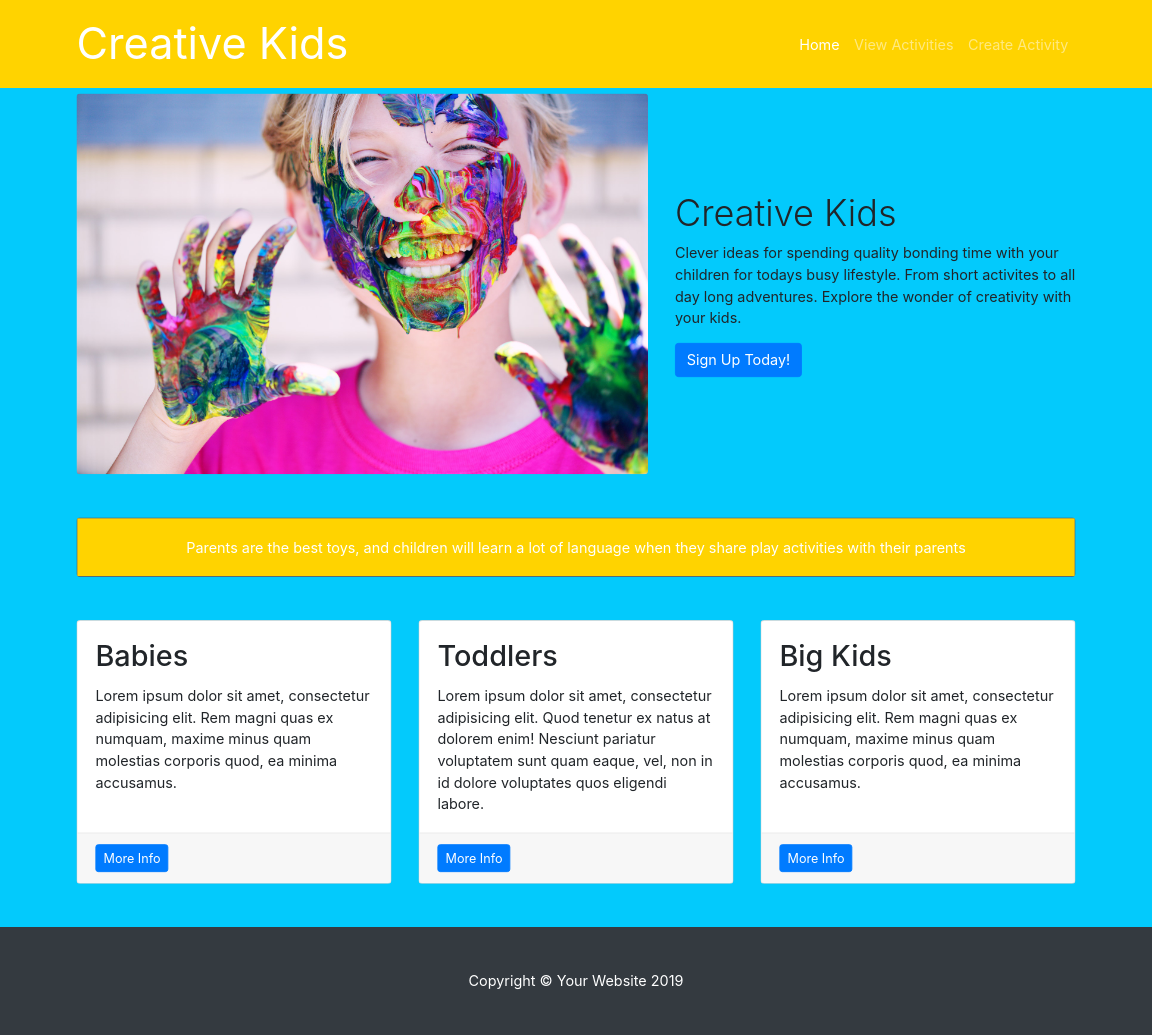
Repository: Neilfoster/milestone_project_3
Page: http://localhost/
The author's editor kept a record of every edit. The page is drawn from the files as they stood at one moment, then again after the next edit.
The browser window is 1280 px wide. The pictures show the whole page, at 90% of full size.
Some web fonts or font styles are not loaded; a fallback is used. Some web libraries are served in a nearby version. The page is served by the project's application, run on Flask 3 (app.py). Queries for data that is not in the repository find no rows.

Above is the page before.

After the next edit:
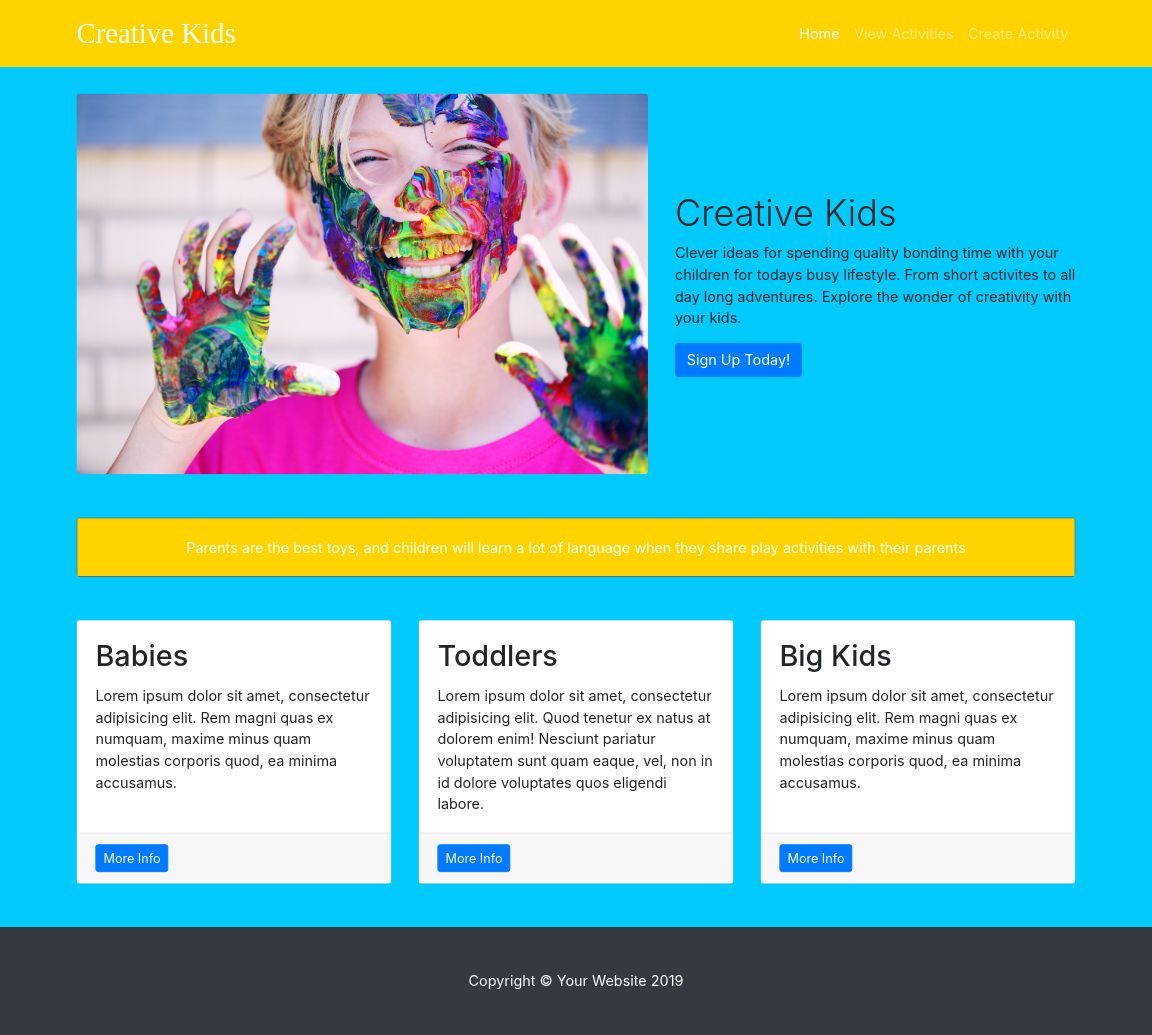
The edit:
--- a/static/css/style.css
+++ b/static/css/style.css
@@ -40,6 +40,7 @@
     background-color: #ffd300;
 }
 
-.nav_txt{
-    font-size:3rem;
+.nav_txt {
+    font-size:2rem;
+    font-family: 'Butterfly Kids', cursive;
 }
